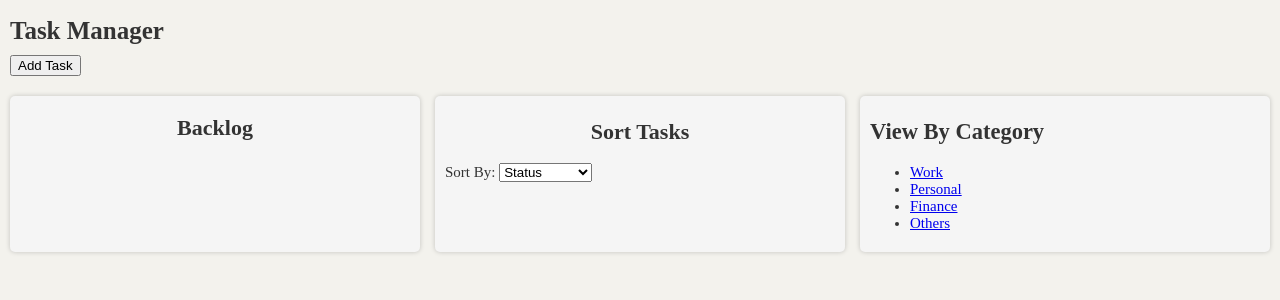
Repository: n-shen/task-tracker
Page: / (app in frontend/)
The author's editor kept a copy of each file at every save. The page is drawn from the files as they stood at one save, then again after the next save.
The browser window is 1280 px wide. The pictures show the whole page.
The project was rebuilt for these pictures with package versions that can differ from the ones it lists, and the page was loaded fresh each time. Also part of the build but not shown: frontend/src/components/taskManager/addTask.jsx, frontend/src/components/tasks/task.jsx, frontend/src/components/taskManager/categoryTasks.jsx. Imported but missing from the stored project, and not drawn on this page: frontend/src/reportWebVitals.

Above is the page before, as saved 2023-04-20 14:10:31.

### frontend/public/index.html
<!DOCTYPE html>
<html lang="en">
  <head>
    <meta charset="utf-8" />
    <link rel="icon" href="%PUBLIC_URL%/favicon.ico" />
    <meta name="viewport" content="width=device-width, initial-scale=1" />
    <meta name="theme-color" content="#000000" />
    <meta
      name="description"
      content="Web site created using create-react-app"
    />
    <link rel="apple-touch-icon" href="%PUBLIC_URL%/logo192.png" />
    <!--
      manifest.json provides metadata used when your web app is installed on a
      user's mobile device or desktop. See https://developers.google.com/web/fundamentals/web-app-manifest/
    -->
    <link rel="manifest" href="%PUBLIC_URL%/manifest.json" />
    <!--
      Notice the use of %PUBLIC_URL% in the tags above.
      It will be replaced with the URL of the `public` folder during the build.
      Only files inside the `public` folder can be referenced from the HTML.

      Unlike "/favicon.ico" or "favicon.ico", "%PUBLIC_URL%/favicon.ico" will
      work correctly both with client-side routing and a non-root public URL.
      Learn how to configure a non-root public URL by running `npm run build`.
    -->
    <title>Task Tracker App</title>
  </head>
  <body>
    <noscript>You need to enable JavaScript to run this app.</noscript>
    <div id="root"></div>
    <!--
      This HTML file is a template.
      If you open it directly in the browser, you will see an empty page.

      You can add webfonts, meta tags, or analytics to this file.
      The build step will place the bundled scripts into the <body> tag.

      To begin the development, run `npm start` or `yarn start`.
      To create a production bundle, use `npm run build` or `yarn build`.
    -->
  </body>
</html>

### frontend/src/index.js
import React from "react";
import ReactDOM from "react-dom/client";
import "./styles/index.css";
import App from "./App";
import reportWebVitals from "./reportWebVitals";
import { BrowserRouter } from "react-router-dom";

const root = ReactDOM.createRoot(document.getElementById("root"));
root.render(
  <React.StrictMode>
    <BrowserRouter>
      <App />
    </BrowserRouter>
  </React.StrictMode>
);

// If you want to start measuring performance in your app, pass a function
// to log results (for example: reportWebVitals(console.log))
// or send to an analytics endpoint. Learn more: https://bit.ly/CRA-vitals
reportWebVitals();

### frontend/src/styles/index.css
body {
  margin: 0;
  font-family: -apple-system, BlinkMacSystemFont, 'Segoe UI', 'Roboto', 'Oxygen',
    'Ubuntu', 'Cantarell', 'Fira Sans', 'Droid Sans', 'Helvetica Neue',
    sans-serif;
  -webkit-font-smoothing: antialiased;
  -moz-osx-font-smoothing: grayscale;
  background-color: #f2f5f5;
}

code {
  font-family: source-code-pro, Menlo, Monaco, Consolas, 'Courier New',
    monospace;
}

html {
  font-size: 62.5%;
}

### frontend/src/App.js
import React from "react";
import TaskManager from "./components/taskManager/manager";


function App() {
  return (
    <div className="App">
      <TaskManager />
    </div>
  );
}

export default App;

### frontend/src/components/taskManager/manager.jsx
import React, { useState, useEffect } from "react";
import AddTaskForm from "./addTask";
import TaskList from "../tasks/taskLists";
import SortTasks from "./sortTasks";
import ViewByCategory from "./viewByCategory";
import CategoryTask from "./categoryTasks";
import { Routes, Route } from "react-router-dom";
import "../../styles/manager.css";

const TaskManager = () => {
  const [tasks, setTasks] = useState(
    JSON.parse(localStorage.getItem("tasks")) || []
  );
  const [showAddTask, setShowAddTask] = useState(false);

  useEffect(() => {
    localStorage.setItem("tasks", JSON.stringify(tasks));
  }, [tasks]);

  const handleAddTask = (task) => {
    setTasks([...tasks, task]);
    setShowAddTask(false);
  };

  const handleShowAddTask = () => {
    setShowAddTask(true);
  };

  const handleHideAddTask = () => {
    setShowAddTask(false);
  };

  const handleDeleteTask = (index) => {
    const newTasks = [...tasks];
    newTasks.splice(index, 1);
    setTasks(newTasks);
  };

  const handleEditTask = (index, newTask) => {
    const newTasks = [...tasks];
    newTasks[index] = newTask;
    setTasks(newTasks);
  };

  return (
    <div className="taskManager">
      <div className="taskManager--wrapper">
        <h1 className="taskManager--title">Task Manager</h1>
          <div className="taskManager--addTask">
            <div className="taskManager--addTask__btn">
              <button onClick={handleShowAddTask} className="addTask-btn">
                Add Task
              </button>
            </div>
            <div className="taskManager--addTask__container">
              {showAddTask && (
                <AddTaskForm
                  onAdd={handleAddTask}
                  onHideAddTask={handleHideAddTask}
                />
              )}
            </div>
          </div>
          <div className="taskManager--grid">
          <div className="taskManager--taskList">
            <TaskList
              tasks={tasks}
              onDelete={handleDeleteTask}
              onEdit={handleEditTask}
            />
          </div>
          <div className="taskManager--sort">
            <SortTasks tasks={tasks} />
          </div>
          <div className="taskManager--view">
            <Routes>
              <Route path="/" element={<ViewByCategory tasks={tasks} />} />
              <Route
                path="/category/:category"
                element={<CategoryTask tasks={tasks} />}
              />
            </Routes>
          </div>
        </div>
      </div>
    </div>
  );
};

export default TaskManager;

### frontend/src/components/tasks/taskLists.jsx

import React from "react";
import Task from "./task";
import "../../styles/taskList.css";

const TaskList = ({ tasks, onDelete, onEdit }) => {
  return (
    <div className="taskList">
      <h1 className="taskList--head">Backlog</h1>
      {tasks.map((task, index) => (
        <Task
          key={index}
          index={index}
          task={task}
          onDelete={onDelete}
          onEdit={onEdit}
        />
      ))}
    </div>
  );
};

export default TaskList;

### frontend/src/components/taskManager/sortTasks.jsx
import { React, useState } from "react";
import "../../styles/sortTasks.css";

const SortTask = ({ tasks }) => {
  const [sortBy, setSortBy] = useState("status");

  const sortedTasks =
    tasks?.slice().sort((a, b) => {
      switch (sortBy) {
        case "title":
          return a.title.localeCompare(b.title);
        case "status":
          return a.status.localeCompare(b.status);
        case "dateAdded":
          return new Date(a.dateAdded) - new Date(b.dateAdded);
        case "dueDate":
          return new Date(a.dueDate) - new Date(b.dueDate);
        case "category":
          return a.category.localeCompare(b.category);
        default:
          return 0;
      }
    }) || [];

  const handleSortBy = (e) => {
    setSortBy(e.target.value);
  };

  return (
    <div className="sort">
      <h2 className="sort--head">Sort Tasks</h2>
      <div className="sort--wrapper">
        <div className="sort--select">
          <label htmlFor="sort" className="sort--label">
            Sort By:{" "}
          </label>
          <select name="sort" value={sortBy} onChange={handleSortBy}>
            <option value="title" className="sort--option">
              Title
            </option>
            <option value="status" className="sort--option">
              Status
            </option>
            <option value="dateAdded" className="sort--option">
              Date Added
            </option>
            <option value="dueDate" className="sort--option">
              Due Date
            </option>
          </select>
        </div>
        <div>
          <ul className="sort--lists">
            {sortedTasks.map((task, index) => (
              <li key={index} className="sort--list">
                <p className="sort--list__item">{task.title}</p>
                <p className="sort--list__item">{task.description}</p>
                <p className="sort--list__item">Status: {task.status}</p>
                <p className="sort--list__item">Date Added: {task.dateAdded}</p>
                <p className="sort--list__item">Due Date: {task.dueDate}</p>
                <p className="sort--list__item">Category: {task.category}</p>
              </li>
            ))}
          </ul>
        </div>
      </div>
    </div>
  );
};

export default SortTask;

### frontend/src/components/taskManager/viewByCategory.jsx
import React from "react";
import { Link, useParams } from "react-router-dom";

const ViewByCategory = ({ tasks }) => {
  const categories = ["Work", "Personal", "Finance", "Others"];
  const { category } = useParams();

  const tasksByCategory = (category) => {
    return tasks.filter((task) => task.category === category);
  };

  return (
    <div>
      <h2>View By Category</h2>
      <ul>
        {categories.map((categoryName) => (
          <li key={categoryName}>
            <Link to={`/category/${categoryName}`}>
              {categoryName}
            </Link>
          </li>
        ))}
      </ul>
      {category && (
        <div>
          <h3>{category}</h3>
          <ul>
            {tasksByCategory(category).map((task, index) => (
              <li key={index}>
                <div>Title: {task.title}</div>
                <div>Description: {task.description}</div>
                <div>Status: {task.status}</div>
                <div>Due Date: {task.dueDate}</div>
                <div>Category: {task.category}</div>
              </li>
            ))}
          </ul>
        </div>
      )}
    </div>
  );
};

export default ViewByCategory;

### frontend/src/styles/manager.css
.taskManager {
    background-color: #f3f2ed;
    width: 100%;
    min-height: 100vh;
    display: flex;
    flex-direction: column;
    font-family: 'Fira Sans';
    font-size: 1.5rem;
    font-weight: 400;
    color: #333;
}

.taskManager--wrapper {
    padding: 0 1rem;
}

.taskManager--title {
    font-size: 2.5rem;
    font-weight: 700;
    margin-bottom: 1rem;
}

.taskManager--grid {
    display: grid;
    grid-template-columns: repeat(3, minmax(min-content, 1fr));
    grid-gap: 1.5rem;
    width: 100%;
    padding: 2rem 0;
}

.taskManager--grid > div {
    background-color: 	#F5F5F5;
    border-radius: 0.5rem;
    padding: .5rem 1rem;
    box-shadow: 0 0 0.5rem rgba(0, 0, 0, 0.2);
}

### frontend/src/styles/taskList.css
.taskList {
  display: flex;
  flex-direction: column;
  align-items: flex-start;
  width: 100%;
  height: 100%;
}

.taskList--head {
  align-self: center;
  font-size: 2.2rem;
  font-weight: 700;
}

.task {
  display: flex;
  flex-direction: column;
  align-items: flex-start;
  width: 100%;
  height: 100%;
  margin-bottom: 1rem;
}

.task--wrapper {
  display: flex;
  flex-direction: column;
  align-items: center;
  width: 100%;
  height: 100%;
  border-radius: 0.5rem;
  box-shadow: 0 0 0.5rem rgba(0, 0, 0, 0.2);
}

.task--item {
  display: flex;
  justify-content: center;
  align-items: center;
  width: 70%;
  height: 100%;
  border-bottom: 1px solid #00bfff;
  padding-bottom: 1rem;
  font-size: 1.3rem;
}

strong {
  font-weight: 700;
  margin-right: .5rem;
}

.task--item:last-child {
  border-bottom: none;
}

.task--btns {
  display: flex;
  justify-content: center;
  align-items: center;
  gap: 2rem;
  width: 100%;
  height: 100%;
  padding: 1rem;
}

.task--btn {
  border-radius: 1rem;
  background-color: #00bfff;
  color: #F5F5F5;
  font-size: 1.2rem;
  cursor: pointer;
  padding: 0.5rem 1rem;
  border: none;
  outline: none;
}

.task--btn:hover {
  color: #00bfff;
  background-color: #f3f2ed;
}

### frontend/src/styles/sortTasks.css
.sort {
  display: flex;
  flex-direction: column;
  align-items: flex-start;
  width: 100%;
  height: 100%;
}

.sort--head {
  align-self: center;
  font-size: 2.2rem;
  font-weight: 700;
}

After the next save:
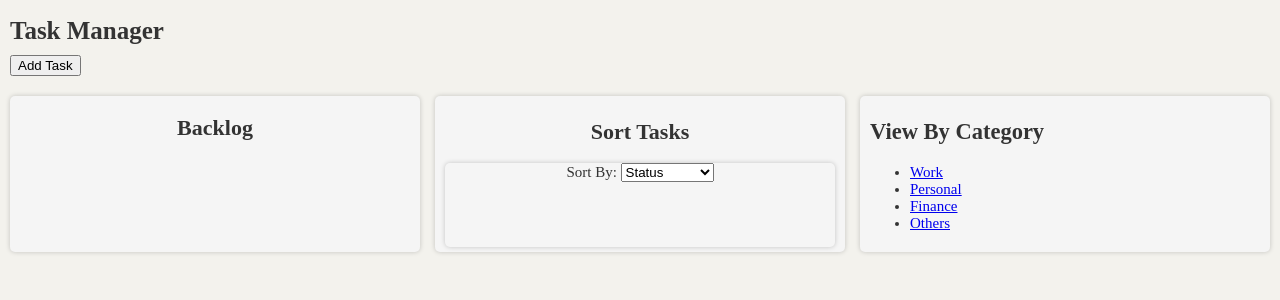
Saved 41 s later.
--- a/frontend/src/styles/sortTasks.css
+++ b/frontend/src/styles/sortTasks.css
@@ -11,3 +11,13 @@
   font-size: 2.2rem;
   font-weight: 700;
 }
+
+.sort--wrapper {
+  display: flex;
+  flex-direction: column;
+  align-items: center;
+  width: 100%;
+  height: 100%;
+  border-radius: 0.5rem;
+  box-shadow: 0 0 0.5rem rgba(0, 0, 0, 0.2);
+}
